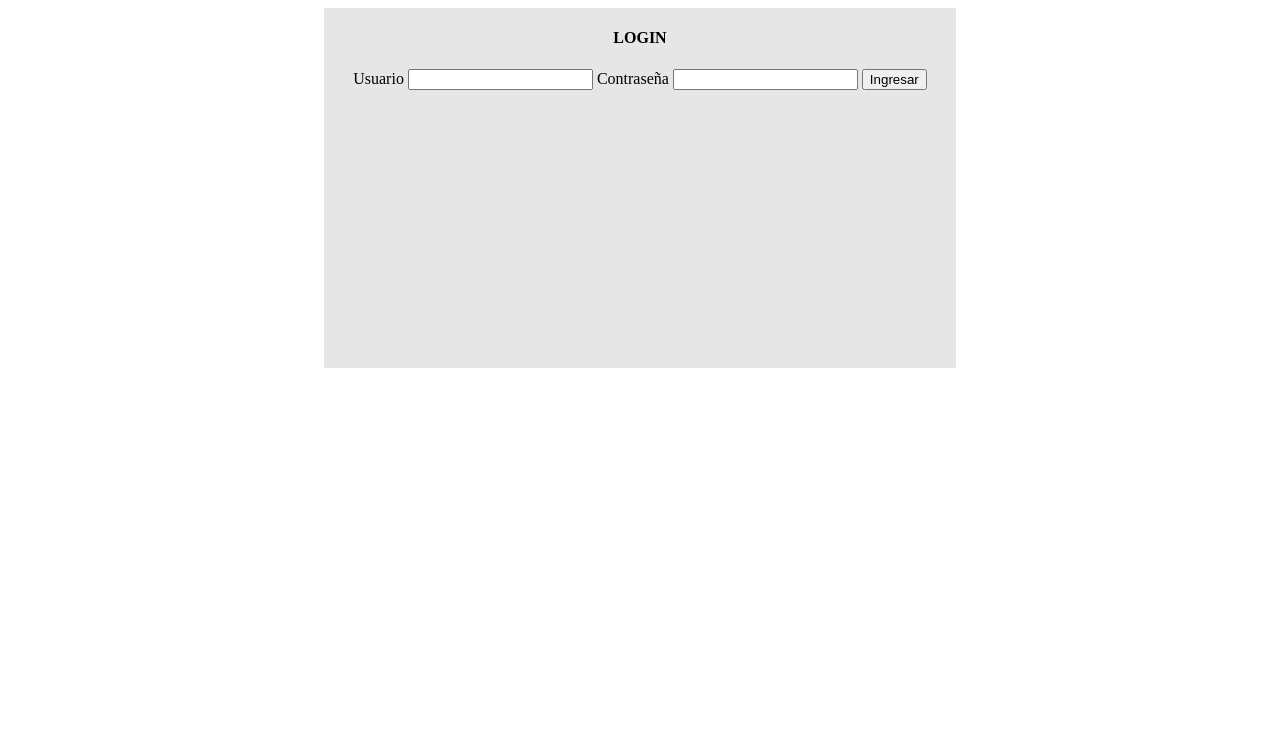
Repository: juanmondragonc/torre-project
Page: http://localhost/torre/login.jsp
These files come from the project's save history. The page is drawn as it stood at one moment and after the next save; the edit follows.
The browser window is 1280 px wide. The pictures show the whole page.
The page is served by Tomcat 9. Other server files are loaded and not shown.

Above is the page before, as saved 2022-08-10 20:24:09.

### torre/src/main/webapp/login.jsp
<%@ page language="java" contentType="text/html; charset=ISO-8859-1"
    pageEncoding="ISO-8859-1"%>
<!DOCTYPE html>
<html>
<head>
<meta charset="ISO-8859-1">
<link rel="stylesheet" href="css/style.css">
<title>Insert title here</title>
</head>
<body>
	<div class="container">
		<div class="center">
			<form method="post" action="login">
				<h4>LOGIN</h4>
				<label for="username">Usuario</label>
				<input id="username" name="username" type="text"/>
				<label for="password">Contraseña</label>
				<input id="password" name="password" type="password"/>
				<input type="submit" value="Ingresar"/>
			</form>
		</div>
	</div>

</body>
</html>

### torre/src/main/webapp/css/style.css
 .container {
 	height: 100vh;
 	width: auto;
 	justify-content: center;
 	display: flex;
 }
 .center{
	align-items: center;
	text-align: center;
	width: 50%;
	height:50%;
	background-color: #e7e6e6;
 }
 table, th, td {
  border: 1px solid black;
  border-collapse: collapse;
}

After the next save:
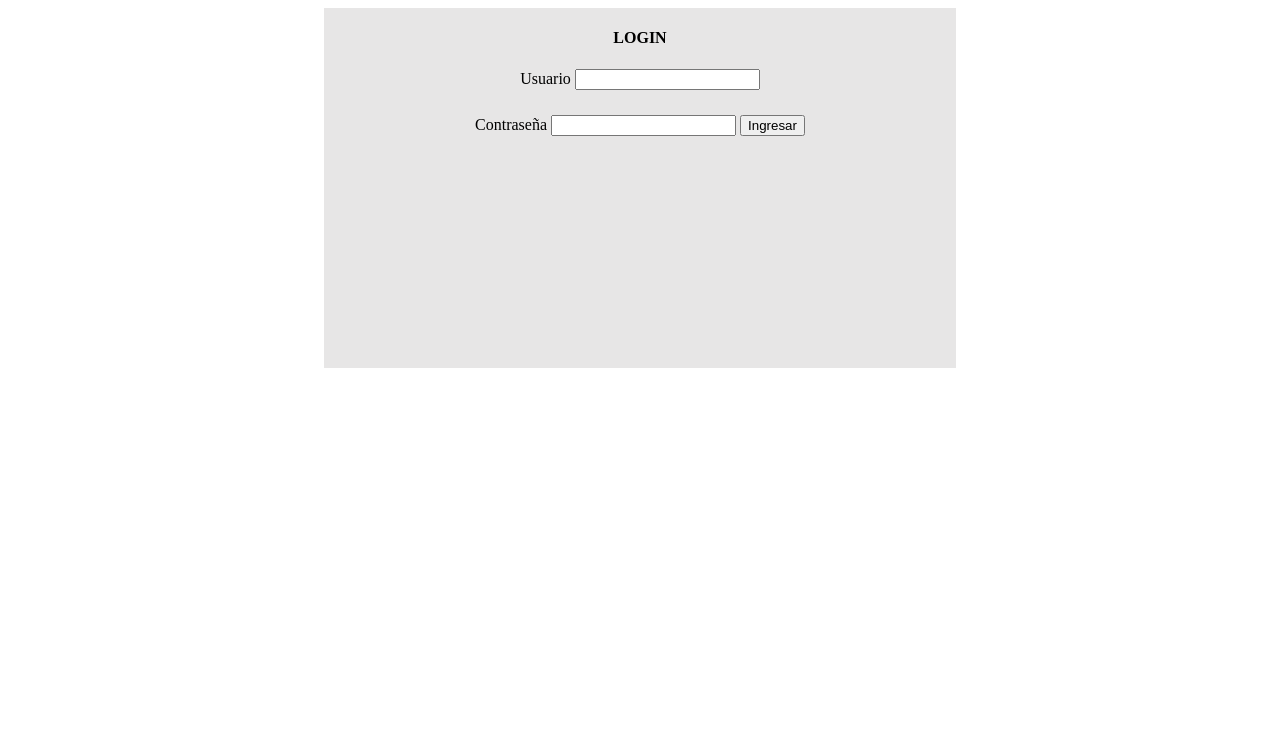
Saved 5 min 27 s later.
--- a/torre/src/main/webapp/login.jsp
+++ b/torre/src/main/webapp/login.jsp
@@ -12,8 +12,11 @@
 		<div class="center">
 			<form method="post" action="login">
 				<h4>LOGIN</h4>
-				<label for="username">Usuario</label>
-				<input id="username" name="username" type="text"/>
+				<div class="form-group">
+					<label for="username">Usuario</label>
+					<input id="username" name="username" type="text"/>
+				</div>
+
 				<label for="password">Contraseña</label>
 				<input id="password" name="password" type="password"/>
 				<input type="submit" value="Ingresar"/>
--- a/torre/src/main/webapp/css/style.css
+++ b/torre/src/main/webapp/css/style.css
@@ -12,6 +12,11 @@
 	background-color: #e7e6e6;
  }
  table, th, td {
-  border: 1px solid black;
-  border-collapse: collapse;
+	border: 1px solid black;
+	border-collapse: collapse;
 }
+.form-group {
+ 	position: relative;
+ 	margin-bottom: 25px;
+	overflow: hidden;
+ }
